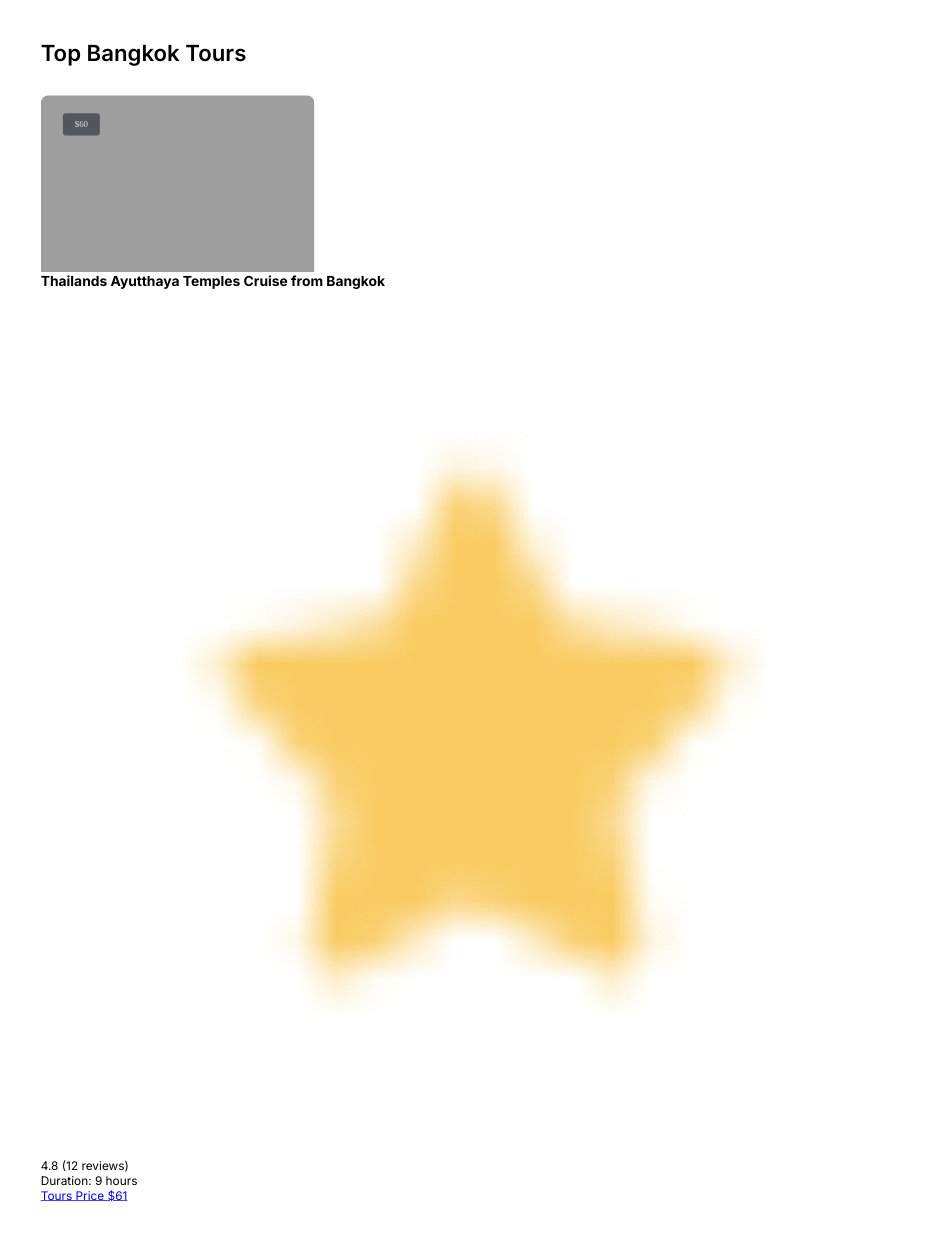
Repository: man0405/practice-web
Page: index.html
The author's editor kept a copy of each file at every save. The page is drawn from the files as they stood at one save, then again after the next save.
The browser window is 1280 px wide. The pictures show the whole page, at 74% of full size.
Pictures or frames that could not be fetched are drawn as grey boxes. Some web fonts or font styles are not loaded; a fallback is used.

Above is the page before, as saved 2023-03-29 10:17:12.

### index.html
<!DOCTYPE html>
<html lang="en">
  <head>
    <meta charset="UTF-8" />
    <meta http-equiv="X-UA-Compatible" content="IE=edge" />
    <meta name="viewport" content="width=device-width, initial-scale=1.0" />
    <title>Practice Website</title>
    <link rel="stylesheet" href="./main.css" />
    <link rel="preconnect" href="https://fonts.googleapis.com" />
    <link rel="preconnect" href="https://fonts.gstatic.com" crossorigin />
    <link
      href="https://fonts.googleapis.com/css2?family=Delicious+Handrawn&family=Inter:wght@100;200;300;400;500;600;700;800;900&family=Pacifico&family=Roboto:ital,wght@0,100;0,300;0,400;0,500;0,700;0,900;1,100;1,300;1,400;1,500;1,700;1,900&display=swap"
      rel="stylesheet"
    />
  </head>
  <body>
    <section class="top-tour">
      <div class="container">
        <h2 class="heading">Top Bangkok Tours</h2>
        <div class="tour-list">
          <div class="tour-item">
            <div class="tour-top">
              <img
                class="tour-image"
                src="https://source.unsplash.com/random"
                alt="tour-image"
              /><span class="tour-price">$60</span>
            </div>
            <div class="tour-contents">
              <h3 class="tour-title">
                Thailands Ayutthaya Temples Cruise from Bangkok
              </h3>
              <div class="tour-rating">
                <div class="tour-review">
                  <div class="tour-star">
                    <img src="./img/star.png" alt="tour-rating" />
                  </div>
                  <div class="tour-review-count">4.8 (12 reviews)</div>
                </div>
                <div class="tour-duration">Duration: 9 hours</div>
              </div>
              <a
                class="tour-button"
                href="#"
                target="_blank"
                rel="noopener noreferrer"
                >Tours Price $61</a
              >
            </div>
          </div>
        </div>
      </div>
    </section>
  </body>
</html>

### main.css
* {
  padding: 0;
  margin: 0;
  border: none;
  box-sizing: border-box;
}

body {
  font-family: "Inter", sans-serif;
  /* font-family: "Pacifico", cursive;
  font-family: "Roboto", sans-serif; */
}

img {
  width: 100%;
  height: 100%;
}

:root {
  --text-color: #fcfcfd;
  --gray-2: #353945;
}

.container {
  width: 1170px;
  margin: 50px auto;
}

.heading {
  font-size: 30px;
  font-weight: 600;
  line-height: 1.5;
  margin-bottom: 34px;
}

.tour-item {
  border-radius: 10px;
}

.tour-top {
  height: 239px;
  width: 370px;
  position: relative;
}

.tour-image {
  border-top-right-radius: 10px;
  border-top-left-radius: 10px;
  object-fit: cover;
}

.tour-price {
  position: absolute;
  top: 24px;
  left: 30px;
  color: var(--text-color);
  background-color: var(--gray-2);
  padding: 5px 16px;
  opacity: 0.7;
  border-radius: 4px;

  font-size: 12px;
  font-weight: 500;
  font-family: "DM Sans";
  line-height: 1.6667;
}

After the next save:
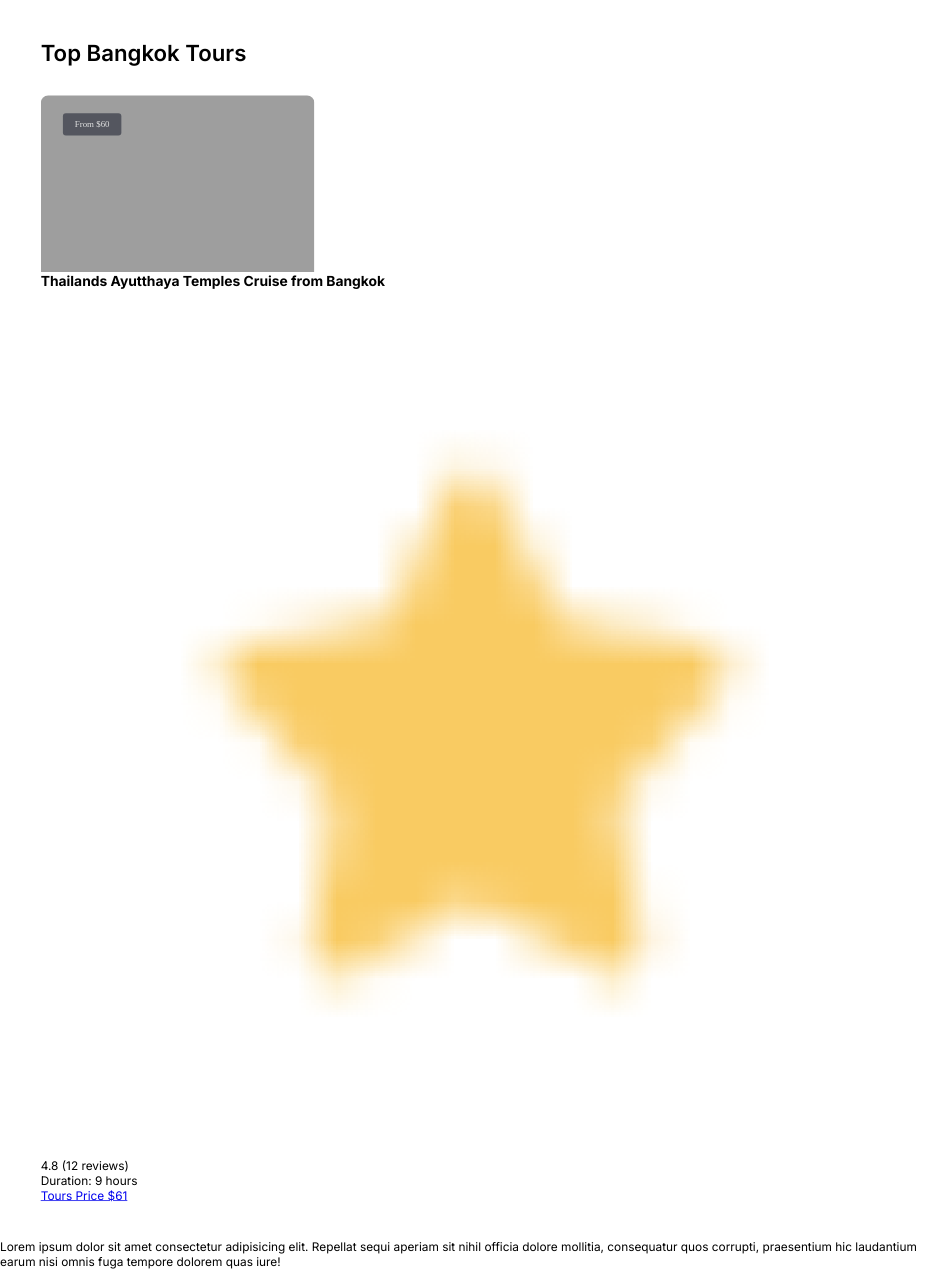
Saved 16 s later.
--- a/index.html
+++ b/index.html
@@ -7,9 +7,9 @@
     <title>Practice Website</title>
     <link rel="stylesheet" href="./main.css" />
     <link rel="preconnect" href="https://fonts.googleapis.com" />
-    <link rel="preconnect" href="https://fonts.gstatic.com" crossorigin />
+    <link rel="preconnect" href="https://fonts.gstatic.com" crossorigin="" />
     <link
-      href="https://fonts.googleapis.com/css2?family=Delicious+Handrawn&family=Inter:wght@100;200;300;400;500;600;700;800;900&family=Pacifico&family=Roboto:ital,wght@0,100;0,300;0,400;0,500;0,700;0,900;1,100;1,300;1,400;1,500;1,700;1,900&display=swap"
+      href="https://fonts.googleapis.com/css2?family=Delicious+Handrawn&amp;family=Inter:wght@100;200;300;400;500;600;700;800;900&amp;family=Pacifico&amp;family=Roboto:ital,wght@0,100;0,300;0,400;0,500;0,700;0,900;1,100;1,300;1,400;1,500;1,700;1,900&amp;display=swap"
       rel="stylesheet"
     />
   </head>
@@ -24,7 +24,7 @@
                 class="tour-image"
                 src="https://source.unsplash.com/random"
                 alt="tour-image"
-              /><span class="tour-price">$60</span>
+              /><span class="tour-price">From $60</span>
             </div>
             <div class="tour-contents">
               <h3 class="tour-title">
@@ -50,6 +50,12 @@
           </div>
         </div>
       </div>
+      <p>
+        Lorem ipsum dolor sit amet consectetur adipisicing elit. Repellat sequi
+        aperiam sit nihil officia dolore mollitia, consequatur quos corrupti,
+        praesentium hic laudantium earum nisi omnis fuga tempore dolorem quas
+        iure!
+      </p>
     </section>
   </body>
 </html>
